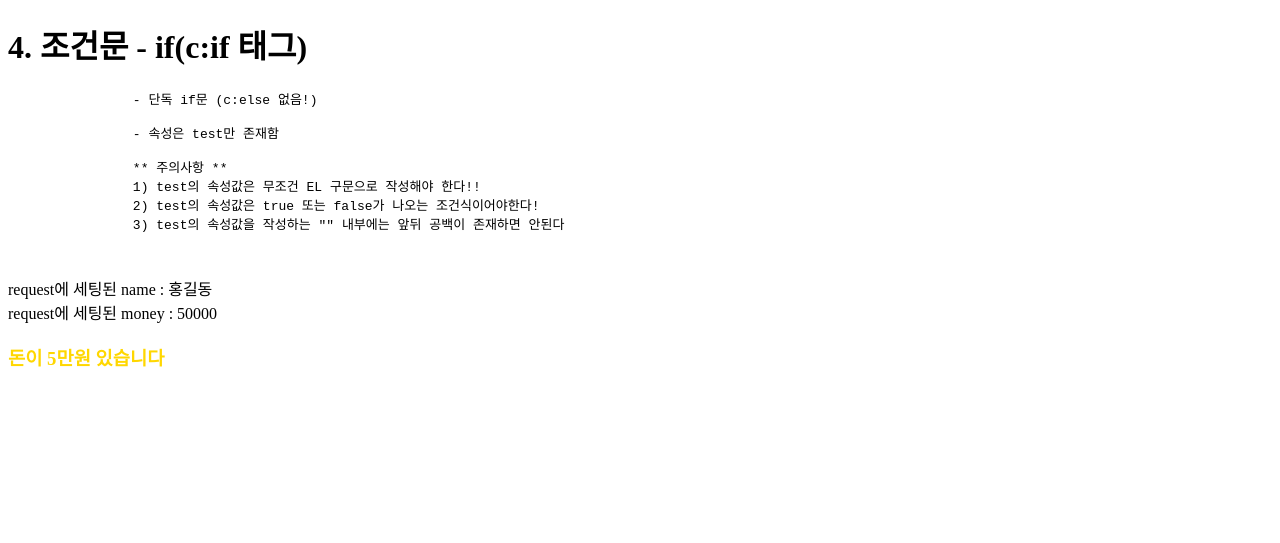
Repository: Rabsterd/6_Server
Page: http://localhost/JSPProject2/jstl/condition
These files come from the project's save history. The page is drawn as it stood at one moment and after the next save; the edit follows.
The browser window is 1280 px wide. The pictures show the whole page.
The page is served by Tomcat 9.

Above is the page before, as saved 2023-09-20 00:22:50.

After the next save:
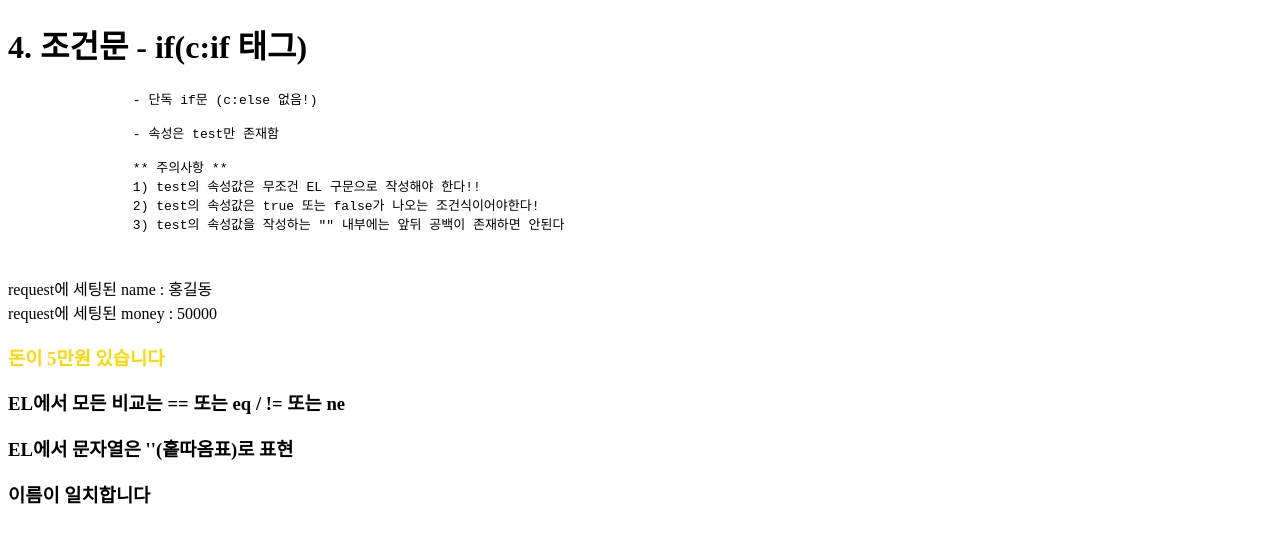
Saved 5 min 16 s later.
--- a/JSPProject2/src/main/webapp/WEB-INF/views/jstl/condition.jsp
+++ b/JSPProject2/src/main/webapp/WEB-INF/views/jstl/condition.jsp
@@ -34,5 +34,18 @@
 	<c:if test= "${ money == 50000 }">
 		<h3 style="color:gold"> 돈이 5만원 있습니다</h3>
 	</c:if>
+
+	<h3>EL에서 모든 비교는 == 또는 eq / != 또는 ne</h3>
+	<%--					같다		같지 않다 --%>
+	<h3>EL에서 문자열은 ''(홑따옴표)로 표현</h3>
+
+	<c:if test="${name eq '홍길동'}">
+		<h3>이름이 일치합니다</h3>
+	</c:if>
+
+	<c:if test="${name ne '홍길동'}">
+		<h3>이름이 일치하지 않습니다</h3>
+	</c:if>
+
 </body>
 </html>
